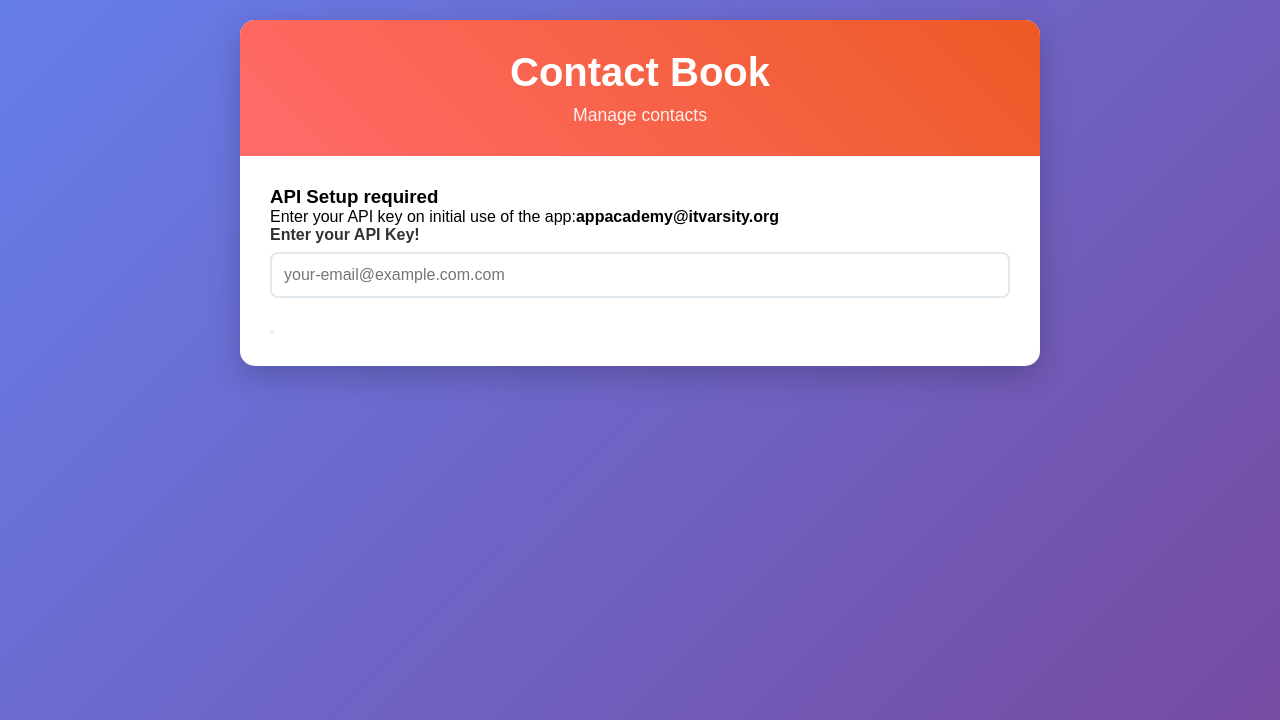
Repository: Mantombi81/Moznana-Contact
Page: index.html
An editor plug-in stored every save of this project. The page is shown before and after a run of saves, followed by the edit.
The browser window is 1280 px wide. The pictures show the whole page.

Above is the page before, as saved 2025-06-11 21:54:20.

### index.html
<!DOCTYPE html>
<html lang="en">
<head>
    <meta charset="UTF-8">
    <meta name="viewport" content="width=device-width, initial-scale=1.0">
    <title>Mozi Contact Book(API's)</title>
    <link rel="stylesheet" href="style.css">
</head>
<body>
    <div class="container">
        <div class="header">
            <h1>Contact Book</h1>
            <p>Manage contacts</p>
        </div>

        <div class="content">
            <!-- API set-up page -->
             <div id="setupPage" class="page active">
             <div class="api-set-up">
                <h3>API Setup required</h3>
                <p>Enter your API key on initial use of the app:<strong>appacademy@itvarsity.org</strong></p>
             </div>
             <div class="form-group">
                <label for="apiKeyInput">Enter your API Key!</label>
                <input type="email" id="apiKeyInput" placeholder="your-email@example.com.com">
             </div>

             <button ></button>
             </div>
        </div>

    </div>

</body>
</html>

### style.css
* {
    margin: 0;
    padding: 0;
    box-sizing: border-box;
}

body {
    font-family: Arial, sans-serif;
    background: linear-gradient(135deg, #667eea 0%, #764ba2 100%);
    min-height: 100vh;
    padding: 20px;
}

.container {
    max-width: 800px;
    margin: 0 auto;
    background: white;
    border-radius: 15px;
    box-shadow: 0 10px 30px rgba(0, 0, 0, 0.2);
    overflow: hidden;
}

.header {
    background: linear-gradient(45deg, #ff6b6b, #ee5a24);
    color: white;
    padding: 30px;
    text-align: center;
}

.header h1 {
    font-size: 2.5rem;
    margin-bottom: 10px;
}

.header p {
    font-size: 1.1rem;
    opacity: 0.9;
}

.content {
    padding: 30px;
}

.api-setup {
    background: #f8f9fa;
    border-radius: 10px;
    padding: 20px;
    margin-bottom: 30px;
    border-left: 4px solid #ff6b6b;
}

.api-setup h3 {
    color: #ff6b6b;
    margin-bottom: 15px;
}

.form-group {
    margin-bottom: 20px;
}

.form-group label {
    display: block;
    margin-bottom: 8px;
    font-weight: bold;
    color: #333;
}

.form-group input,
.form-group select {
    width: 100%;
    padding: 12px;
    border: 2px solid #e1e8ed;
    border-radius: 8px;
    font-size: 16px;
    transition: border-color 0.3s ease;
}

.form-group input:focus,
.form-group select:focus {
    outline: none;
    border-color: #ff6b6b;
}

.btn {
    background: linear-gradient(45deg, #ff6b6b, #ee5a24);
    color: white;
    border: none;
    padding: 12px 25px;
    border-radius: 8px;
    cursor: pointer;
    font-size: 16px;
    font-weight: bold;
    margin: 5px;
    transition: transform 0.2s ease, box-shadow 0.2s ease;
}

.btn:hover {
    transform: translateY(-2px);
    box-shadow: 0 5px 15px rgba(255, 107, 107, 0.3);
}

.btn-secondary {
    background: linear-gradient(45deg, #54a0ff, #2e86de);
}

.btn-danger {
    background: linear-gradient(45deg, #ff3838, #ff4757);
}

.btn-success {
    background: linear-gradient(45deg, #1dd1a1, #10ac84);
}

.contacts-grid {
    display: grid;
    grid-template-columns: repeat(auto-fill, minmax(300px, 1fr));
    gap: 20px;
    margin-top: 20px;
}

.contact-card {
    background: white;
    border-radius: 12px;
    padding: 20px;
    box-shadow: 0 4px 15px rgba(0, 0, 0, 0.1);
    border: 1px solid #e1e8ed;
    transition: transform 0.2s ease, box-shadow 0.2s ease;
}

.contact-card:hover {
    transform: translateY(-5px);
    box-shadow: 0 8px 25px rgba(0, 0, 0, 0.15);
}

.contact-avatar {
    width: 60px;
    height: 60px;
    border-radius: 50%;
    margin: 0 auto 15px;
    display: block;
    border: 3px solid #ff6b6b;
}

.contact-name {
    font-size: 1.3rem;
    font-weight: bold;
    text-align: center;
    margin-bottom: 10px;
    color: #333;
}

.contact-details {
    margin-bottom: 15px;
}

.contact-details p {
    margin-bottom: 5px;
    color: #666;
}

.contact-actions {
    text-align: center;
}

.loading {
    text-align: center;
    padding: 40px;
    color: #666;
    font-size: 1.2rem;
}

.error {
    background: #ffe6e6;
    color: #cc0000;
    padding: 15px;
    border-radius: 8px;
    margin: 15px 0;
    border-left: 4px solid #cc0000;
}

.success {
    background: #e6ffe6;
    color: #006600;
    padding: 15px;
    border-radius: 8px;
    margin: 15px 0;
    border-left: 4px solid #006600;
}

.hidden {
    display: none;
}

.page {
    display: none;
}

.page.active {
    display: block;
}

.back-btn {
    margin-bottom: 20px;
}

@media (max-width: 768px) {
    .container {
        margin: 10px;
    }

    .header {
        padding: 20px;
    }

    .header h1 {
        font-size: 2rem;
    }

    .content {
        padding: 20px;
    }

    .contacts-grid {
        grid-template-columns: 1fr;
    }
}

After the next 2 saves:
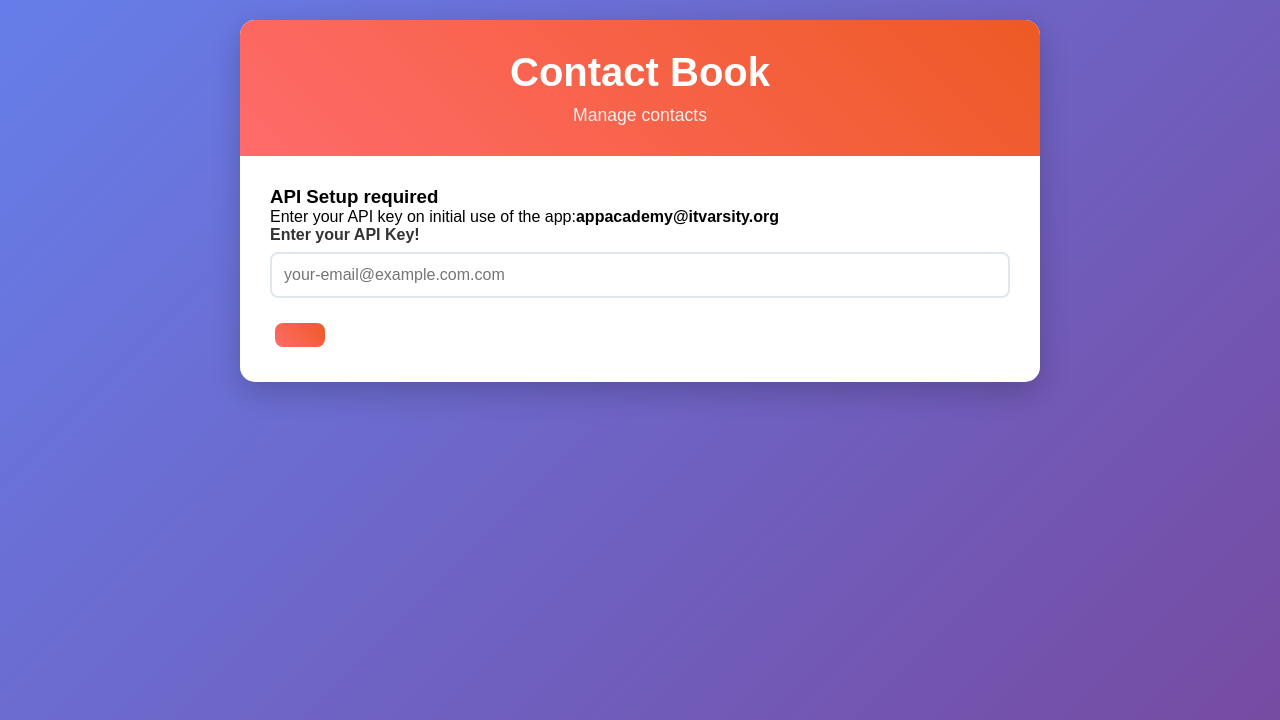
The 2 saves are shown as one change because they came seconds apart.
The last was saved 44 s later.
--- a/index.html
+++ b/index.html
@@ -25,7 +25,7 @@
                 <input type="email" id="apiKeyInput" placeholder="your-email@example.com.com">
              </div>
 
-             <button ></button>
+             <button class="btn"></button>
              </div>
         </div>
 
